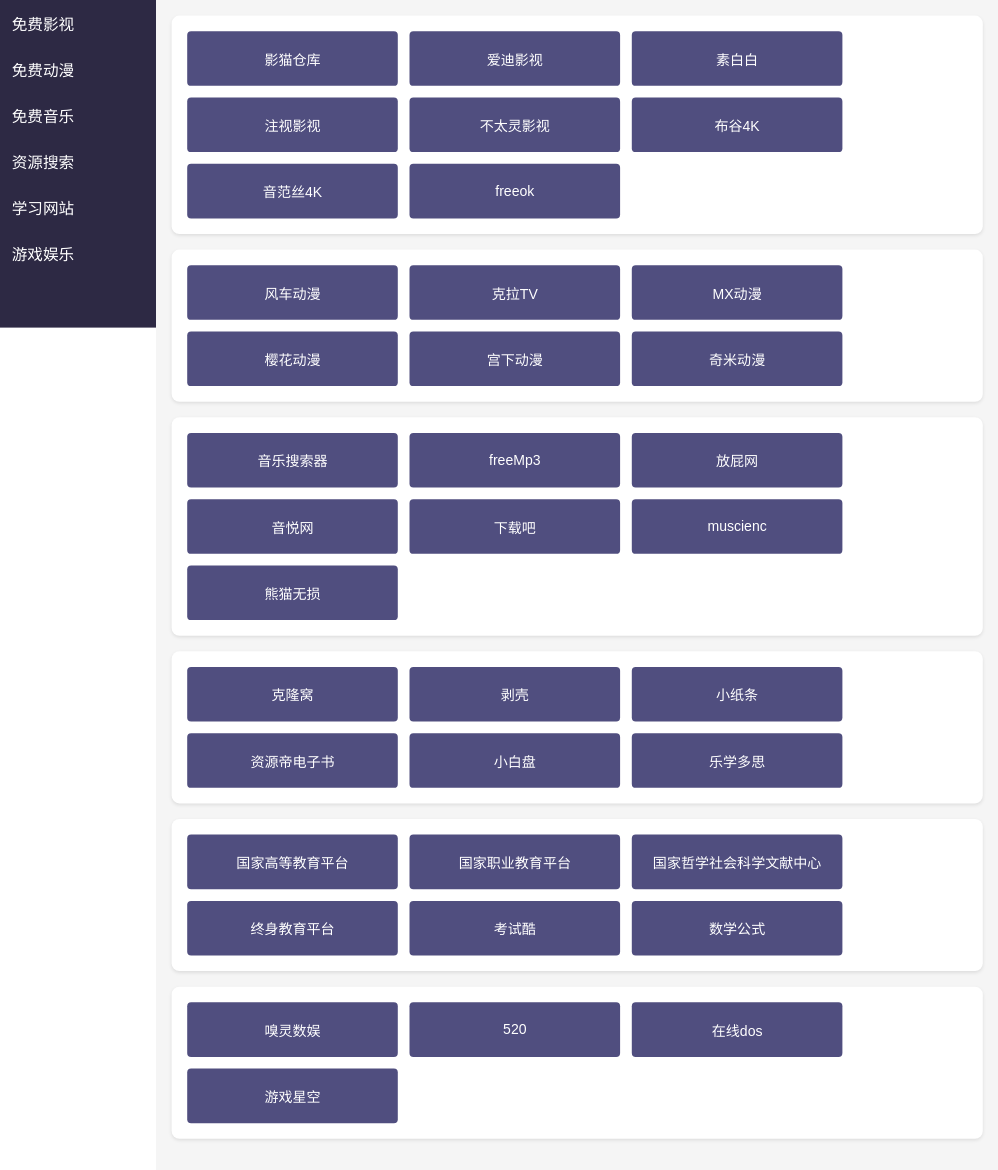
Repository: D-cocoa/D-cocoa.github.io
Page: index.html
These files come from the project's save history. The page is drawn as it stood at one moment and after the next save; the edit follows.
The browser window is 1280 px wide. The pictures show the part of the page from y = 300 to 1800 px (the page is 1800 px tall before and 720 px after), at 78% of full size.

Above is the page before, as saved 2025-02-05 14:50:05.

After the next save:
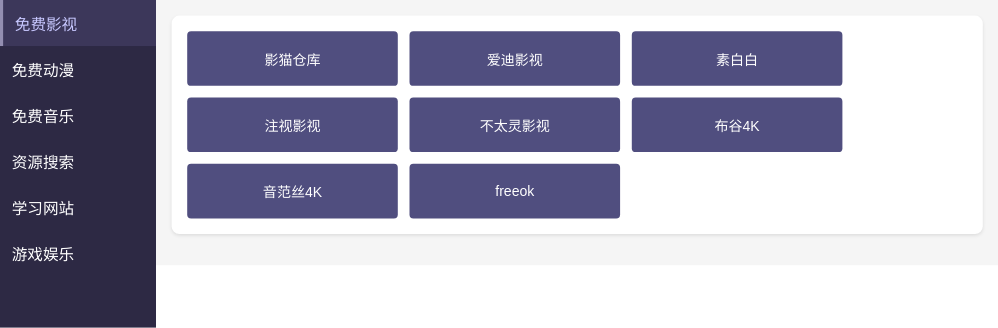
Saved 15 min 23 s later.
--- a/index.html
+++ b/index.html
@@ -180,6 +180,22 @@
         .site-link:hover {
             background-color: rgb(100, 98, 147);
         }
+
+        /* 导航项激活状态样式 */
+        #sidebar li a.active {
+            background-color: rgb(60, 55, 90);  /* 深紫色背景 */
+            border-left: 4px solid rgb(147, 142, 177);  /* 浅紫色边框 */
+            color: rgb(200, 200, 255);  /* 更亮的文字颜色 */
+        }
+
+        /* 内容区域的显示控制 */
+        .section {
+            display: none;  /* 默认隐藏所有内容 */
+        }
+
+        .section.active {
+            display: block;  /* 显示激活的内容 */
+        }
     </style>
 </head>
 <body>
@@ -263,9 +279,7 @@ muscienc,https://www.musicenc.com/
 在线dos,https://dos.lol/
 游戏星空,https://gamestarfield.com/`;
 
-            console.log("Raw data:", data);
             const navData = parseNavData(data);
-            console.log("Parsed navigation data:", navData);
             createNavigation(navData);
         }
 
@@ -299,12 +313,16 @@ muscienc,https://www.musicenc.com/
             contentDiv.innerHTML = '';
 
             // 创建导航菜单和内容
+            let isFirst = true;  // 用于标记第一个项目
             for (const [category, sites] of Object.entries(navData)) {
                 // 添加导航项
                 const li = document.createElement('li');
                 const a = document.createElement('a');
                 a.href = `#${category}`;
                 a.textContent = category;
+                if (isFirst) {
+                    a.classList.add('active');  // 第一个导航项默认激活
+                }
                 li.appendChild(a);
                 navList.appendChild(li);
 
@@ -312,6 +330,10 @@ muscienc,https://www.musicenc.com/
                 const section = document.createElement('div');
                 section.id = category;
                 section.className = 'section';
+                if (isFirst) {
+                    section.classList.add('active');  // 第一个内容区域默认显示
+                    isFirst = false;
+                }
 
                 const siteContainer = document.createElement('div');
                 siteContainer.className = 'site-container';
@@ -320,32 +342,38 @@ muscienc,https://www.musicenc.com/
                     siteLink.href = siteUrl;
                     siteLink.textContent = siteName;
                     siteLink.className = 'site-link';
-                    siteLink.target = "_blank"; // 在新标签页中打开链接
+                    siteLink.target = "_blank";
                     siteContainer.appendChild(siteLink);
                 }
                 section.appendChild(siteContainer);
                 contentDiv.appendChild(section);
             }
 
-            // 导航和内容切换逻辑
+            // 添加导航点击事件
             const links = document.querySelectorAll('#sidebar a');
             const sections = document.querySelectorAll('.section');
 
             links.forEach(link => {
                 link.addEventListener('click', function(e) {
                     e.preventDefault();
+
+                    // 移除所有导航项的激活状态
+                    links.forEach(l => l.classList.remove('active'));
+                    // 添加当前点击项的激活状态
+                    this.classList.add('active');
+
+                    // 获取目标内容区域
                     const targetId = this.getAttribute('href').substring(1);
+
+                    // 隐藏所有内容区域
                     sections.forEach(section => {
                         section.classList.remove('active');
                     });
+
+                    // 显示目标内容区域
                     document.getElementById(targetId).classList.add('active');
                 });
             });
-
-            // 默认显示第一个部分
-            if (sections.length > 0) {
-                sections[0].classList.add('active');
-            }
         }
 
         // 初始加载导航数据
